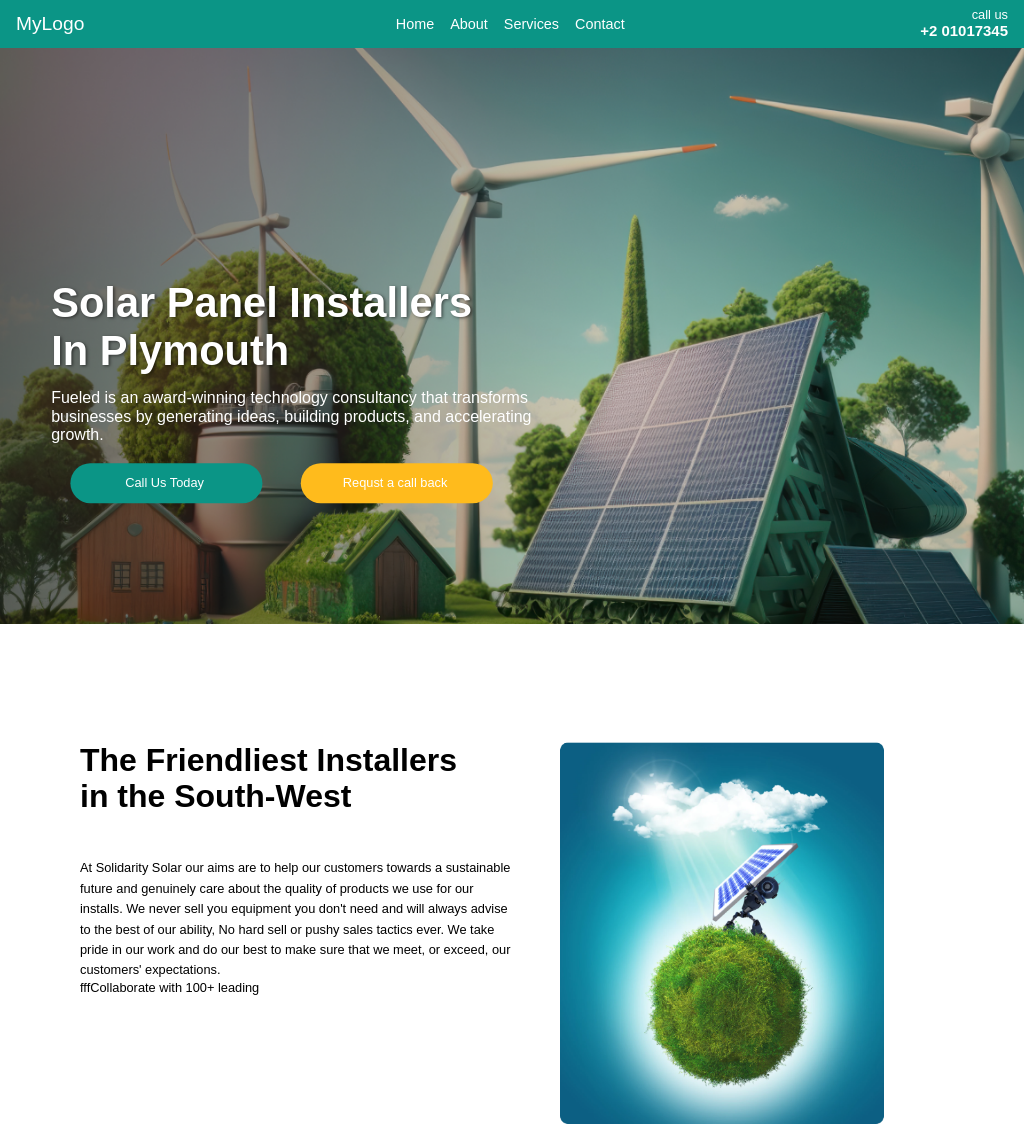
Repository: MaramNabil872/Landing-Page
Page: landingPage.html
These files come from the project's save history. The page is drawn as it stood at one moment and after the next save; the edit follows.
The browser window is 1280 px wide. The pictures show the whole page, at 80% of full size.

Above is the page before, as saved 2024-10-20 21:19:50.

After the next save:
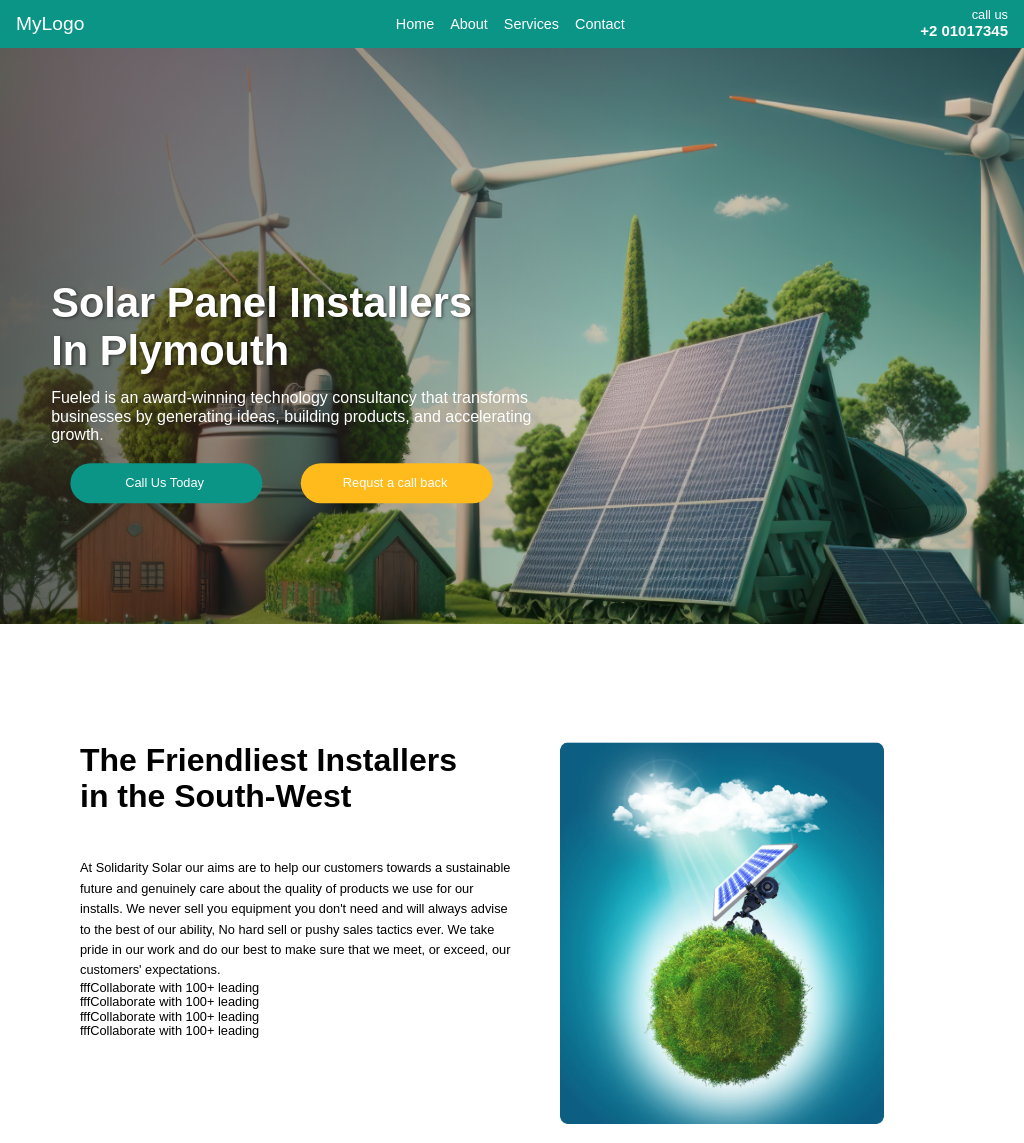
Saved 19 s later.
--- a/landingPage.html
+++ b/landingPage.html
@@ -65,6 +65,9 @@
                     that we meet, or exceed, our customers' expectations.
                 </p>
                 <p class="last-container1"><span class="number-container1">fff</span>Collaborate with 100+ leading</p>
+                <p class="last-container1"><span class="number-container1">fff</span>Collaborate with 100+ leading</p>
+                <p class="last-container1"><span class="number-container1">fff</span>Collaborate with 100+ leading</p>
+                <p class="last-container1"><span class="number-container1">fff</span>Collaborate with 100+ leading</p>
             </div>
             <div class="image-container1">
                 <img src="images/Rectangle 30.png" alt="solar" />

After the save that followed:
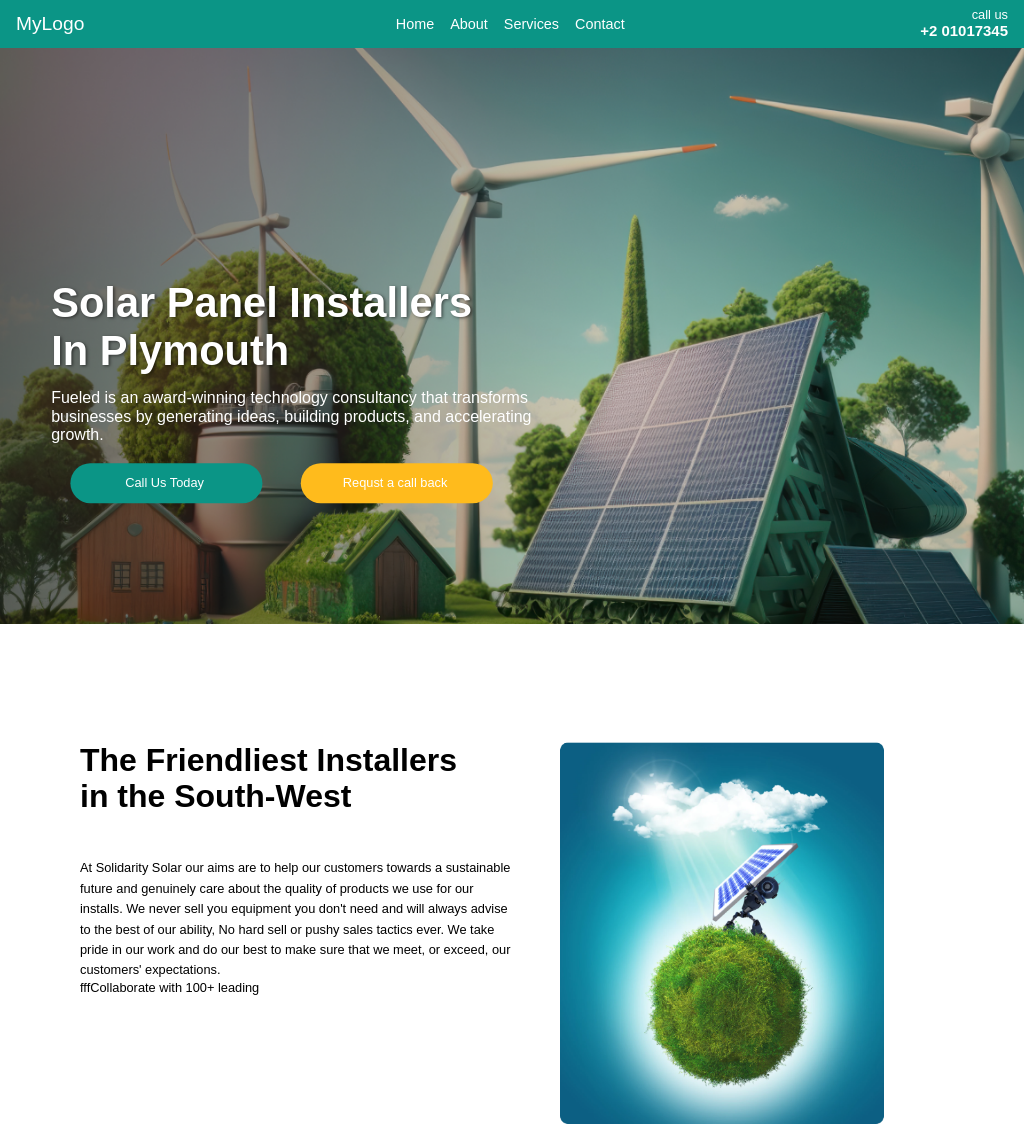
Saved 14 s later.
--- a/landingPage.html
+++ b/landingPage.html
@@ -65,9 +65,7 @@
                     that we meet, or exceed, our customers' expectations.
                 </p>
                 <p class="last-container1"><span class="number-container1">fff</span>Collaborate with 100+ leading</p>
-                <p class="last-container1"><span class="number-container1">fff</span>Collaborate with 100+ leading</p>
-                <p class="last-container1"><span class="number-container1">fff</span>Collaborate with 100+ leading</p>
-                <p class="last-container1"><span class="number-container1">fff</span>Collaborate with 100+ leading</p>
+
             </div>
             <div class="image-container1">
                 <img src="images/Rectangle 30.png" alt="solar" />
